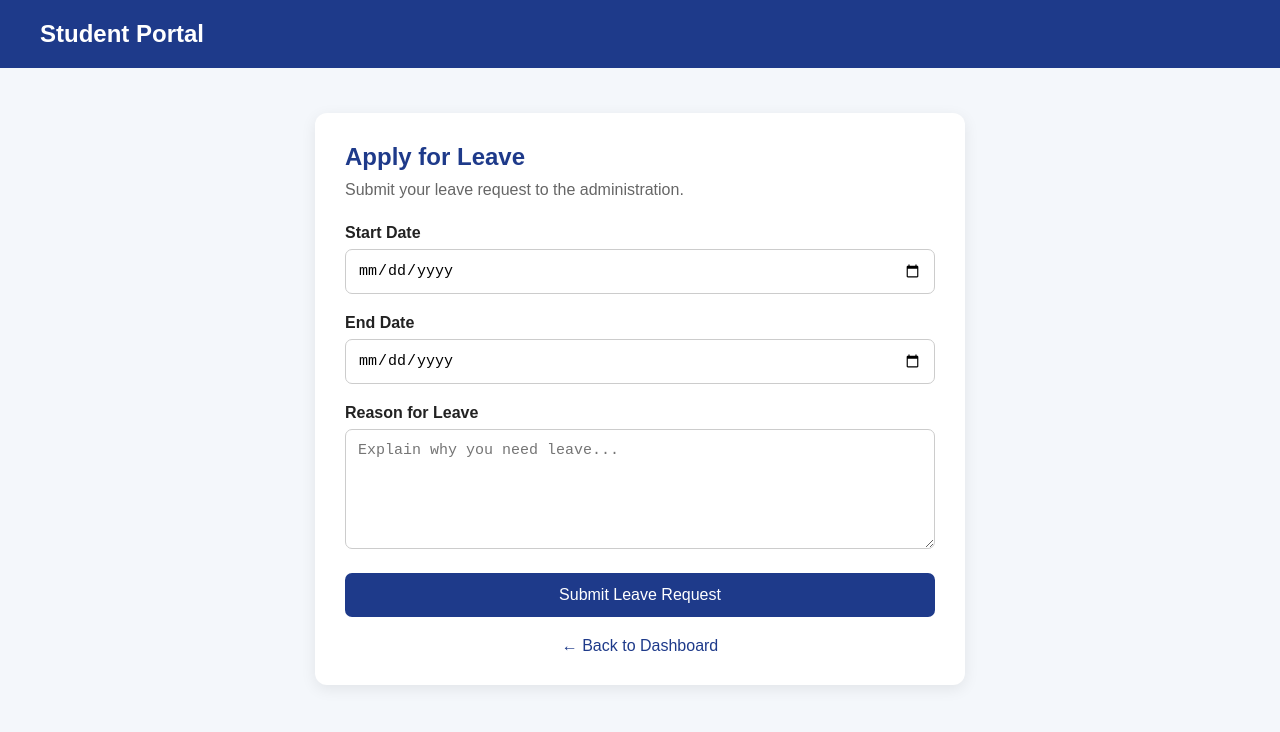
Repository: purrito123/student-register-system
Page: templates/apply_leave.html
The author's editor kept a copy of each file at every save. The page is drawn from the files as they stood at one save, then again after the next save.
The browser window is 1280 px wide. The pictures show the whole page.
The page is served by the project's application, run on Flask 3 (app.py). The template is opened directly, without the code that normally fills it, so the values that code supplies are empty.

Above is the page before, as saved 2026-08-19 02:58:48.

After the next save:
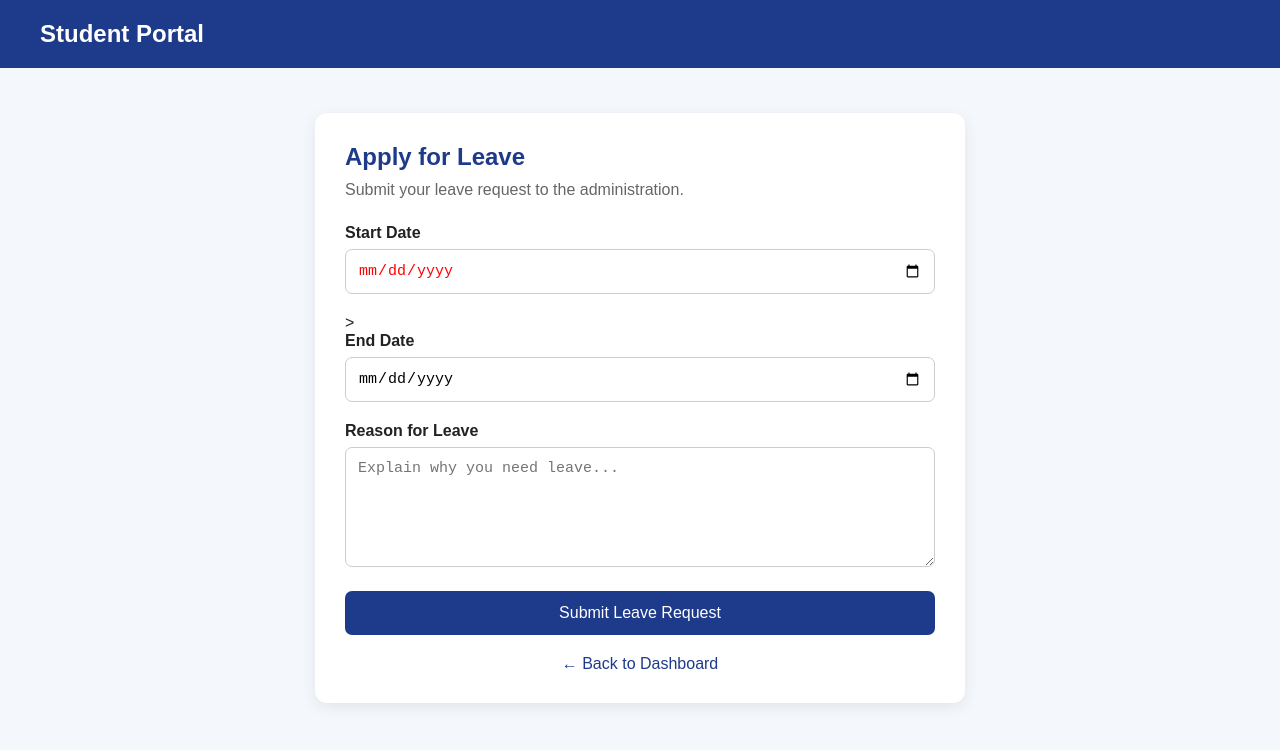
Saved 97 s later.
--- a/templates/apply_leave.html
+++ b/templates/apply_leave.html
@@ -137,6 +137,7 @@
                     id="start_date"
                     name="start_date"
                     required
+                    <small id="date-error" style="color: red;"></small>
                 >
 
 
@@ -184,6 +185,29 @@
         </div>
 
     </div>
+    <script>
+
+    const startDate = document.getElementById("start_date");
+    const endDate = document.getElementById("end_date");
+
+    endDate.addEventListener("change", function () {
+
+        if (endDate.value < startDate.value) {
+
+            document.getElementById("date-error").textContent =
+                "End date cannot be before start date.";
+
+            endDate.value = "";
+
+        } else {
+
+            document.getElementById("date-error").textContent = "";
+
+        }
+
+    });
+
+</script>
 
 </body>
 
